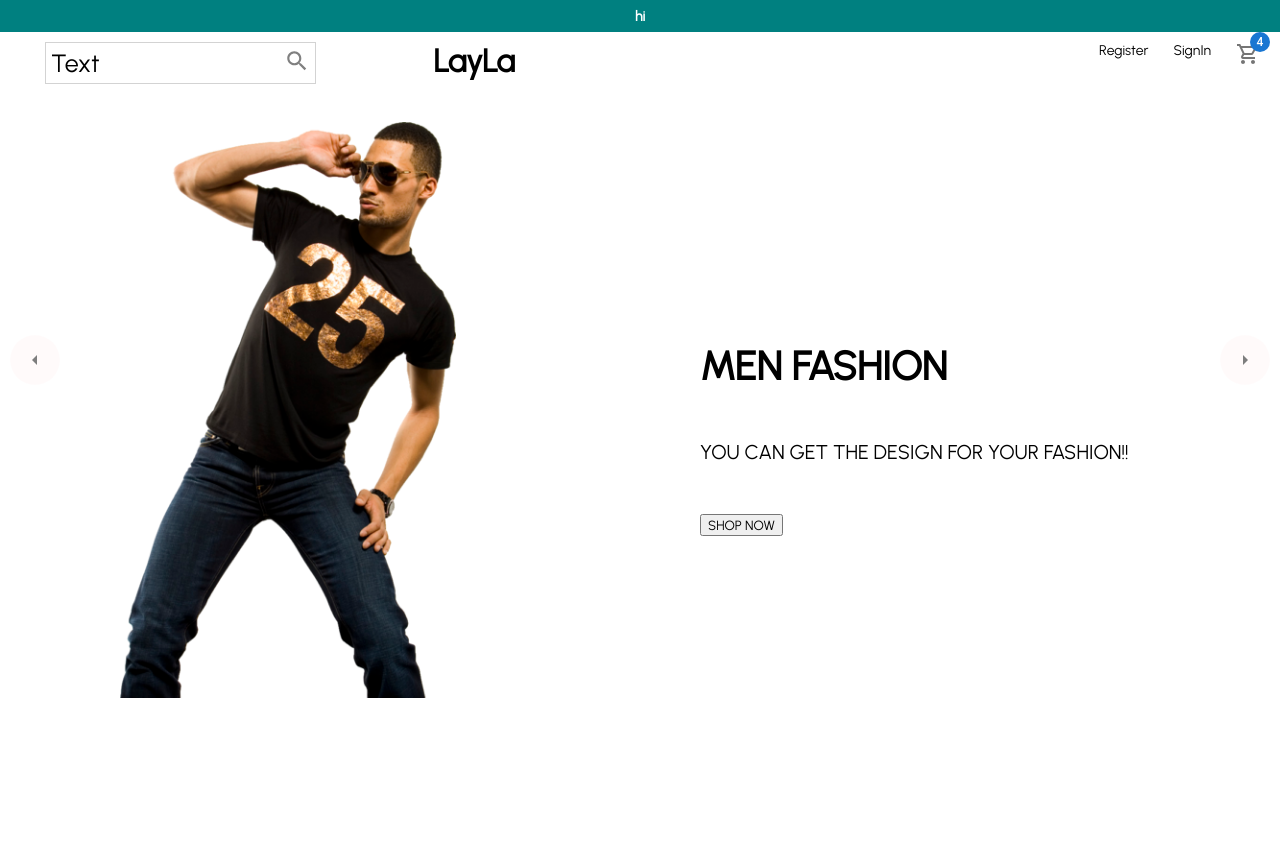
Repository: WaiMaungMaung/React_Ecom
Page: /
The author's editor kept a copy of each file at every save. The page is drawn from the files as they stood at one save, then again after the next save.
The browser window is 1280 px wide. The pictures show the whole page.
The project was rebuilt for these pictures with package versions that can differ from the ones it lists, and the page was loaded fresh each time.

Above is the page before, as saved 2022-05-06 13:45:30.

### public/index.html
<!DOCTYPE html>
<html lang="en">
  <head>
    <meta charset="utf-8" />
    <link rel="icon" href="%PUBLIC_URL%/favicon.ico" />

    <link
      href="https://fonts.googleapis.com/css2?family=Urbanist&display=swap"
      rel="stylesheet"
    />

    <style>
      * {
        margin: 0;
        font-family: "Urbanist", sans-serif;
      }
    </style>
    <title>React App</title>
  </head>
  <body>
    <noscript>You need to enable JavaScript to run this app.</noscript>
    <div id="root"></div>
  </body>
</html>

### src/pages/Home.jsx
import React from "react";
import Announcements from "../components/Announcements";
import NavBar from "../components/NavBar";
import Slider from "../components/Slider";
const Home = () => {
  return (
    <div>
      <Announcements />

      <NavBar />
      <Slider />
    </div>
  );
};

export default Home;

### src/components/Announcements.jsx
import styled from "@emotion/styled";
const Container = styled.div`
  background-color: teal;
  height: 32px;
  display: flex;
  align-items: center;
  justify-content: center;
  color: white;
  font-size: 14px;
  font-weight: bold;
`;

const Announcements = () => {
  return <Container>hi</Container>;
};

export default Announcements;

### src/components/NavBar.jsx
import { Search, ShoppingCartOutlined } from "@material-ui/icons";
import React from "react";
import styled from "styled-components";
import { Badge } from "@mui/material";
const Container = styled.div`
  height: 60px;
`;

const Wrapper = styled.div`
  padding: 10px 20px;
  align-item: center;
  display: flex;
  justify-content: space-between;
`;

const SearchContainer = styled.div`
  border: 0.5px solid lightgray;
  margin-left: 25px;
  display: flex;
  align-item: center;
  padding: 5px;
`;
const Input = styled.input`
  border: none;
  margin-left: 20px;
  font-size: 14px;
`;

const Language = styled.span`
  font-size: 25px;
  cursor: pointer;
`;
const Left = styled.div`
  flex: 1;
  display: flex;
`;

const Center = styled.div`
  flex: 1;
`;

const Logo = styled.h1`
  font-weight: bold;
`;

const MenuItem = styled.div`
  font-size: 14px;
  cursor: pointer;
  align-item: center;
  margin-left: 25px;
`;
const Right = styled.div`
  flex: 1;
  display: flex;
  align-item: center;
  justify-content: flex-end;
`;
const NavBar = () => {
  return (
    <Container>
      <Wrapper>
        <Left>
          <SearchContainer>
            <Language>Text</Language>
            <Input />
            <Search style={{ color: "grey", fontSize: "26px" }} />
          </SearchContainer>
        </Left>
        <Center>
          <Logo>LayLa</Logo>
        </Center>
        <Right>
          <MenuItem>Register</MenuItem>
          <MenuItem>SignIn</MenuItem>

          <MenuItem>
            <Badge badgeContent={4} color="primary">
              <ShoppingCartOutlined color="action" />
            </Badge>
          </MenuItem>
        </Right>
      </Wrapper>
    </Container>
  );
};

export default NavBar;

### src/components/Slider.jsx
import styled from "@emotion/styled";
import { ArrowLeftOutlined, ArrowRightOutlined } from "@material-ui/icons";
import React from "react";
import Clothes from "../img/clothes.png";
const Container = styled.div`
  width: 100%;
  height: 100vh;
  display: flex;
`;
const Arrow = styled.div`
  width: 50px;
  height: 50px;
  background-color: #fff7f7;
  border-radius: 50%;
  display: flex;
  align-items: center;
  justify-content: center;
  position: absolute;
  top: 0;
  bottom: 0;
  margin: auto;
  cursor: pointer;
  opacity: 0.5;
  left: ${(props) => props.direction === "left" && "10px"};
  right: ${(props) => props.direction === "right" && "10px"};
`;
const Slide = styled.div`
  display: flex;
  height: 100vh;
  width: 100vw;
  align-item: center;
`;

const Image = styled.img`
  height: 80%;
`;
const ImgContainer = styled.div`
  height: 100%;
  margin-left: 120px;
  margin-top: 30px;
  flex: 1;
`;
const Wrapper = styled.div`
  height: 100%;
`;
const InfoContainer = styled.div`
  flex: 1;
  padding-top: 250px;
`;

const Title = styled.h1`
  font-size: 40px;
`;
const Desc = styled.p`
  margin: 50px 0;
  font-size: 20px;
  font-weight: 500;
`;
const Button = styled.button``;
const Slider = () => {
  return (
    <Container>
      <Arrow direction="left">
        <ArrowLeftOutlined />
      </Arrow>
      <Wrapper>
        <Slide>
          <ImgContainer>
            <Image src={Clothes} />
          </ImgContainer>
          <InfoContainer>
            <Title>MEN FASHION</Title>
            <Desc>YOU CAN GET THE DESIGN FOR YOUR FASHION!!</Desc>
            <Button>SHOP NOW</Button>
          </InfoContainer>
        </Slide>
      </Wrapper>

      <Arrow direction="right">
        <ArrowRightOutlined />
      </Arrow>
    </Container>
  );
};

export default Slider;

Loaded but not shown: src/index.js (common file); src/App.js (common file)

After the next save:
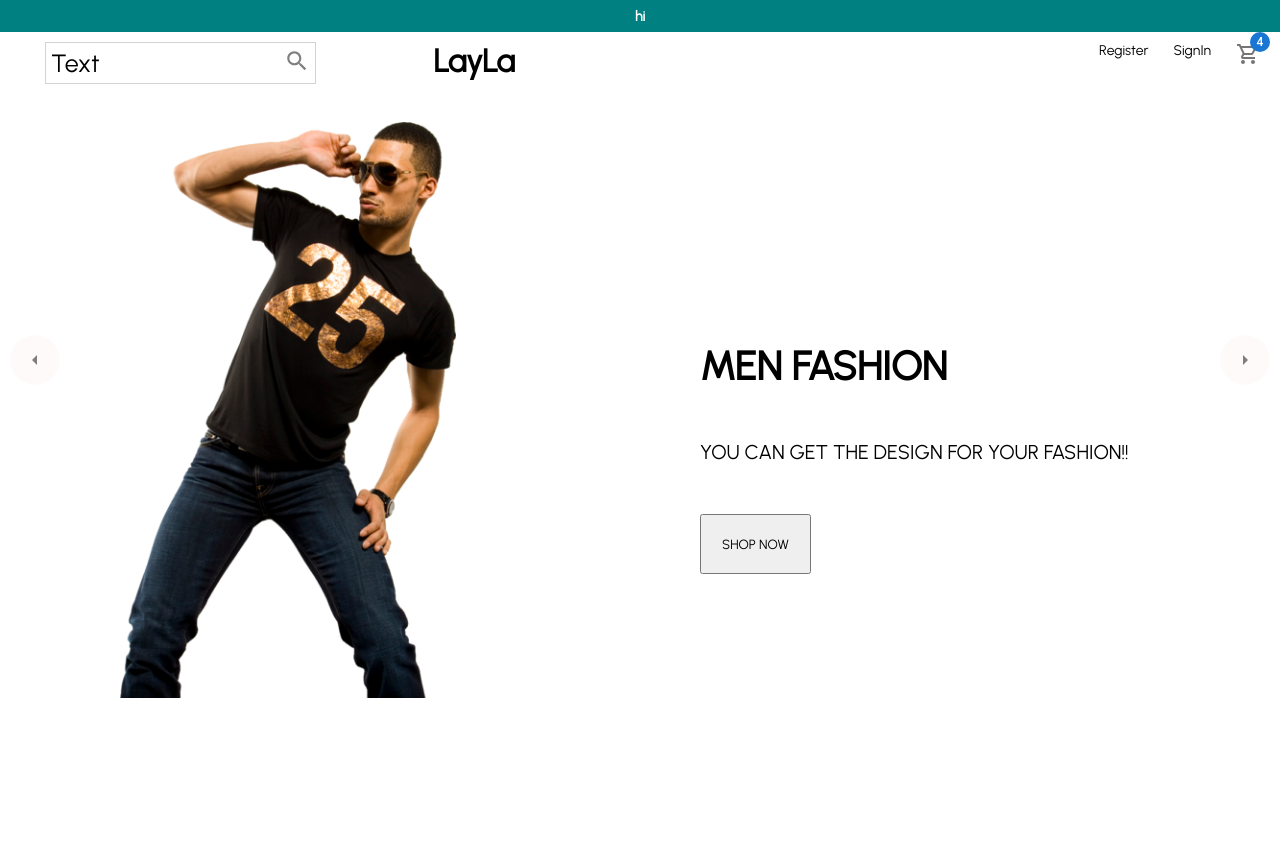
Saved 95 s later.
--- a/src/components/Slider.jsx
+++ b/src/components/Slider.jsx
@@ -56,7 +56,9 @@ const Desc = styled.p`
   font-size: 20px;
   font-weight: 500;
 `;
-const Button = styled.button``;
+const Button = styled.button`
+  padding: 20px;
+`;
 const Slider = () => {
   return (
     <Container>
